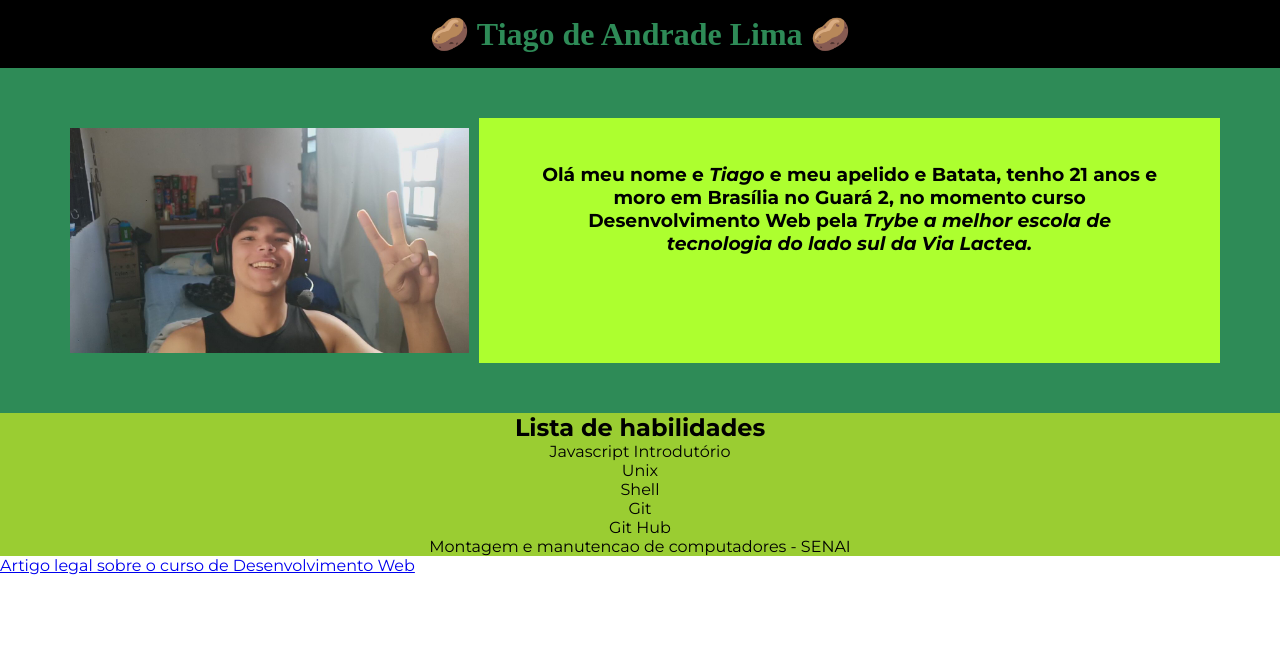
Repository: Batatiago/Batatiago.github.io
Page: index.html
These files come from the project's save history. The page is drawn as it stood at one moment and after the next save; the edit follows.
The browser window is 1280 px wide. The pictures show the whole page.

Above is the page before, as saved 2023-06-29 11:48:38.

### index.html
<!DOCTYPE html>
<html lang="pt-br">

<head>
  <meta charset="UTF-8">
  <title>Tiago de Andrade Lima</title>
  <link
    href="https://fonts.googleapis.com/css2?family=Montserrat:ital,wght@0,100;0,200;0,300;0,400;0,500;0,600;0,700;0,800;0,900;1,100;1,200;1,300;1,400;1,500;1,600;1,700;1,800;1,900&display=swap"
    rel="stylesheet">
  <link rel="stylesheet" href="style.css">
</head>

<body>
  <div class="header-container">
    <div class="header">
      <h1 class="meuNome"> 🥔 Tiago de Andrade Lima 🥔</h1>
    </div>
  </div>
  <div class="resumo-container">
    <div class="resumo">
      <img id="foto" src="2023-06-23-160707.jpg" alt="Imagem de Tiago" width="300px">
      <h3 class="descricao">Olá meu nome e <strong><em>Tiago</em></strong> e meu apelido e Batata, tenho 21 anos e moro em Brasília no Guará 2, no
        momento curso Desenvolvimento
        Web pela <strong><em>Trybe a melhor escola de tecnologia do lado sul da Via Lactea.</em></strong></h3>
    </div>
  </div>
  <div class="lista">
    <h2>Lista de habilidades</h2>
    <ul>
      <li class="javascript">Javascript Introdutório</li>
      <li class="unix">Unix</li>
      <li class="shell">Shell</li>
      <li class="git">Git</li>
      <li class="gitHub">Git Hub</li>
      <li>Montagem e manutencao de computadores - SENAI</li>
    </ul>
  </div>
  <a href="https://blog.betrybe.com/carreira/frontend/" target="_blank">Artigo legal sobre o curso de Desenvolvimento
    Web</a>
</body>

</html>

### style.css
* {
    margin: 0;
    padding: 0;
    border: 0;
}

body {
    font-family: 'Montserrat', sans-serif;
}

.header-container {
    background-color: black;
    color: seagreen;
}

.header {
    padding: 15px 10px;
    width: 50%;
    margin: auto;
    font-family: 'Times New Roman', Times, serif;
    text-align: center;
}

.resumo-container {
    background-color: seagreen;
}
.resumo {
    display: inline-flex;
    margin: 50px 60px;
}

.resumo h3 {
    padding: 45px 60px;
    background-color: greenyellow;
    text-align: center;
    width:auto;
}

#foto {
    width: 380px;
    flex: content;
    margin: 10px;
}

.lista {
    text-align: center;
    background-color: yellowgreen;
}

After the next save:
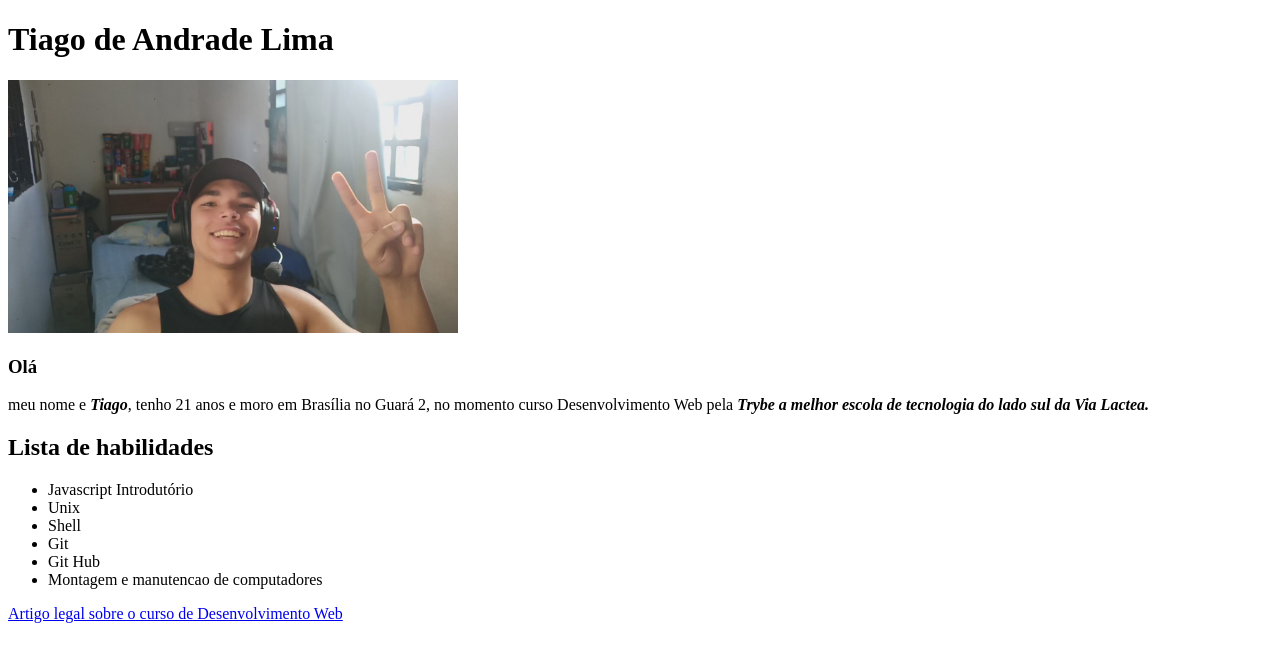
Saved 108 s later.
--- a/index.html
+++ b/index.html
@@ -4,37 +4,23 @@
 <head>
   <meta charset="UTF-8">
   <title>Tiago de Andrade Lima</title>
-  <link
-    href="https://fonts.googleapis.com/css2?family=Montserrat:ital,wght@0,100;0,200;0,300;0,400;0,500;0,600;0,700;0,800;0,900;1,100;1,200;1,300;1,400;1,500;1,600;1,700;1,800;1,900&display=swap"
-    rel="stylesheet">
-  <link rel="stylesheet" href="style.css">
 </head>
 
 <body>
-  <div class="header-container">
-    <div class="header">
-      <h1 class="meuNome"> 🥔 Tiago de Andrade Lima 🥔</h1>
-    </div>
-  </div>
-  <div class="resumo-container">
-    <div class="resumo">
-      <img id="foto" src="2023-06-23-160707.jpg" alt="Imagem de Tiago" width="300px">
-      <h3 class="descricao">Olá meu nome e <strong><em>Tiago</em></strong> e meu apelido e Batata, tenho 21 anos e moro em Brasília no Guará 2, no
-        momento curso Desenvolvimento
-        Web pela <strong><em>Trybe a melhor escola de tecnologia do lado sul da Via Lactea.</em></strong></h3>
-    </div>
-  </div>
-  <div class="lista">
-    <h2>Lista de habilidades</h2>
-    <ul>
-      <li class="javascript">Javascript Introdutório</li>
-      <li class="unix">Unix</li>
-      <li class="shell">Shell</li>
-      <li class="git">Git</li>
-      <li class="gitHub">Git Hub</li>
-      <li>Montagem e manutencao de computadores - SENAI</li>
-    </ul>
-  </div>
+  <h1 class="meuNome"> Tiago de Andrade Lima</h1>
+  <img src="2023-06-23-160707.jpg" alt="Imagem de Tiago" id="foto" width="450px">
+  <h3>Olá</h3>
+  <p class="descricao"> meu nome e <strong><em>Tiago</em></strong>, tenho 21 anos e moro em Brasília no Guará 2, no momento curso Desenvolvimento
+    Web pela <strong><em>Trybe a melhor escola de tecnologia do lado sul da Via Lactea.</em></strong></p>
+  <h2>Lista de habilidades</h2>
+  <ul>
+    <li class="javascript">Javascript Introdutório</li>
+    <li class="unix">Unix</li>
+    <li class="shell">Shell</li>
+    <li class="git">Git</li>
+    <li class="gitHub">Git Hub</li>
+    <li>Montagem e manutencao de computadores</li>
+  </ul>
   <a href="https://blog.betrybe.com/carreira/frontend/" target="_blank">Artigo legal sobre o curso de Desenvolvimento
     Web</a>
 </body>
